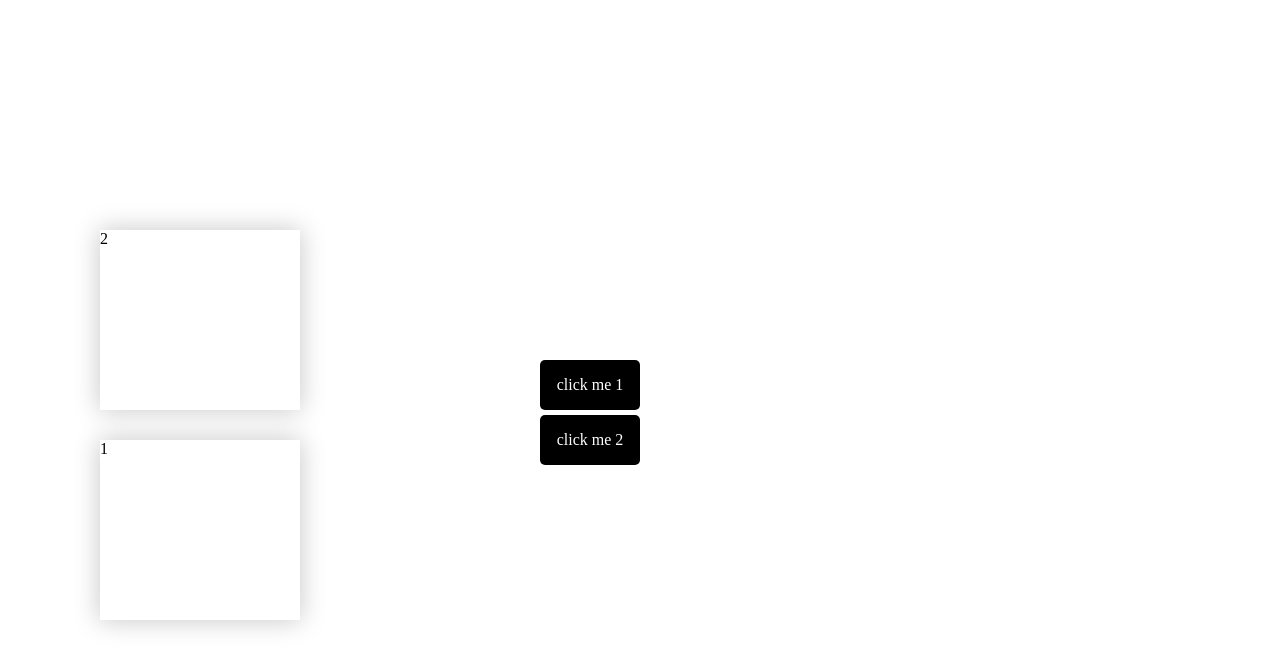
Repository: NguyenDucHung20002/project-demo2
Page: test/test2.html
An editor plug-in stored every save of this project. The page is shown before and after the next save, followed by the edit.
The browser window is 1280 px wide. The pictures show the whole page.
The style sheet was rebuilt from its Sass, Less or Tailwind sources for each picture, by a compiler version that may differ from the author's.

Above is the page before, as saved 2022-05-21 17:10:20.

After the next save:
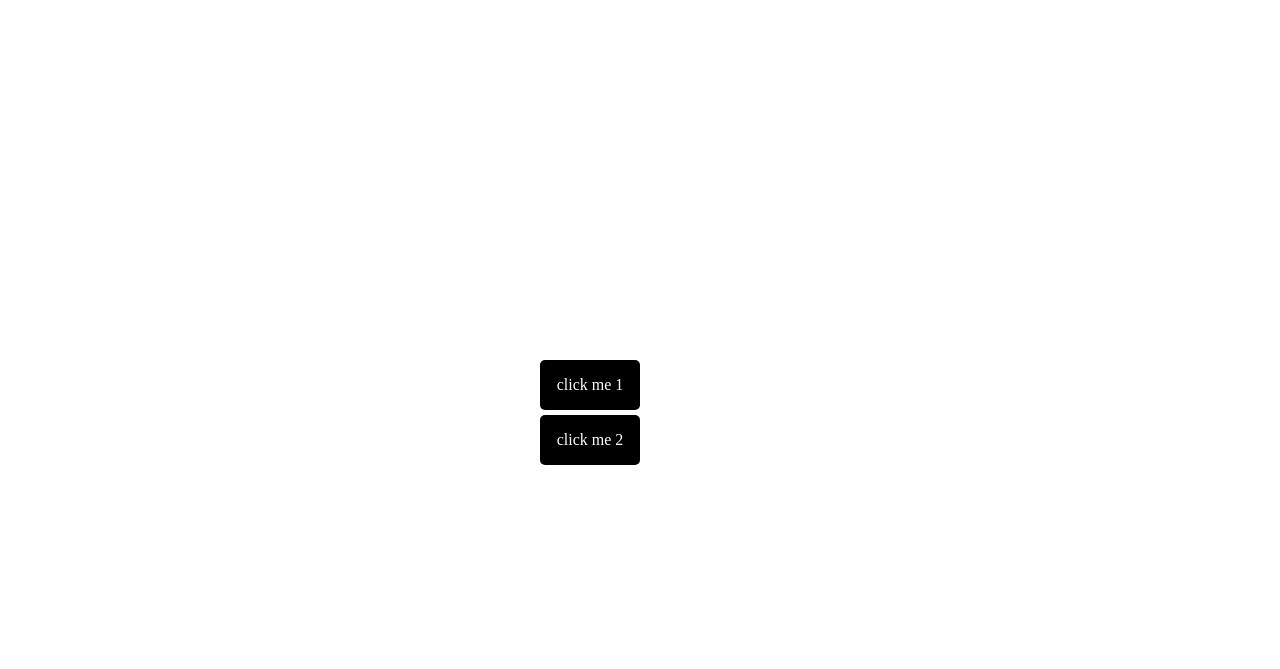
Saved 2 min 35 s later.
--- a/test/test2.html
+++ b/test/test2.html
@@ -13,10 +13,7 @@
       <div data-id="1" class="btn">click me 1</div>
       <div data-id="2" class="btn">click me 2</div>
     </div>
-    <div class="active-added-product">
-      <div class="added-product">1</div>
-      <div class="added-product">2</div>
-    </div>
+    <div class="active-added-product"></div>
   </body>
   <script
     src="https://cdnjs.cloudflare.com/ajax/libs/jquery/3.6.0/jquery.min.js"
